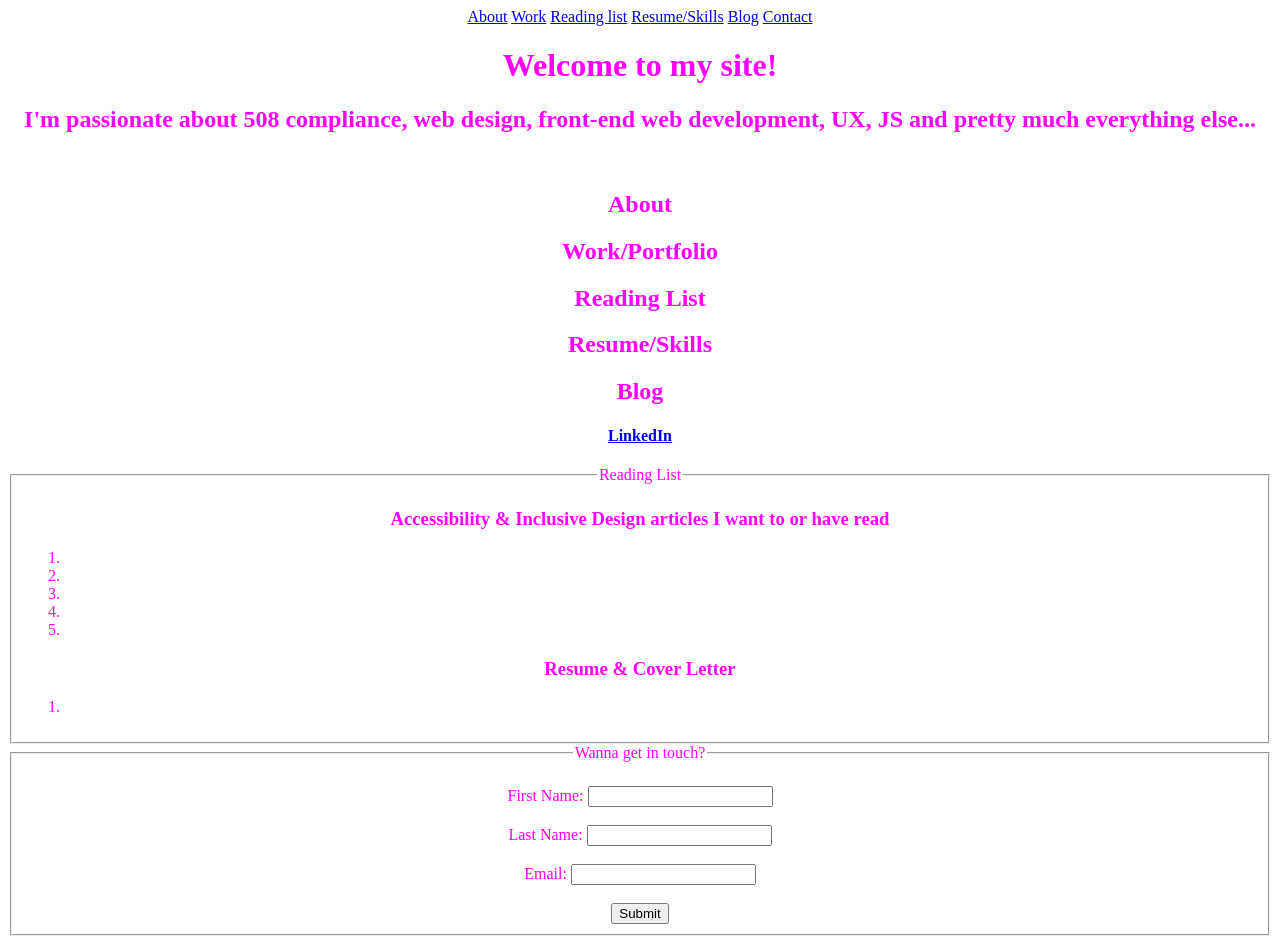
Repository: jasvr/jasvr.io
Page: index.html
The author's editor kept a copy of each file at every save. The page is drawn from the files as they stood at one save, then again after a run of saves.
The browser window is 1280 px wide. The pictures show the whole page.

Above is the page before, as saved 2020-01-20 13:43:23.

After the next 3 saves:
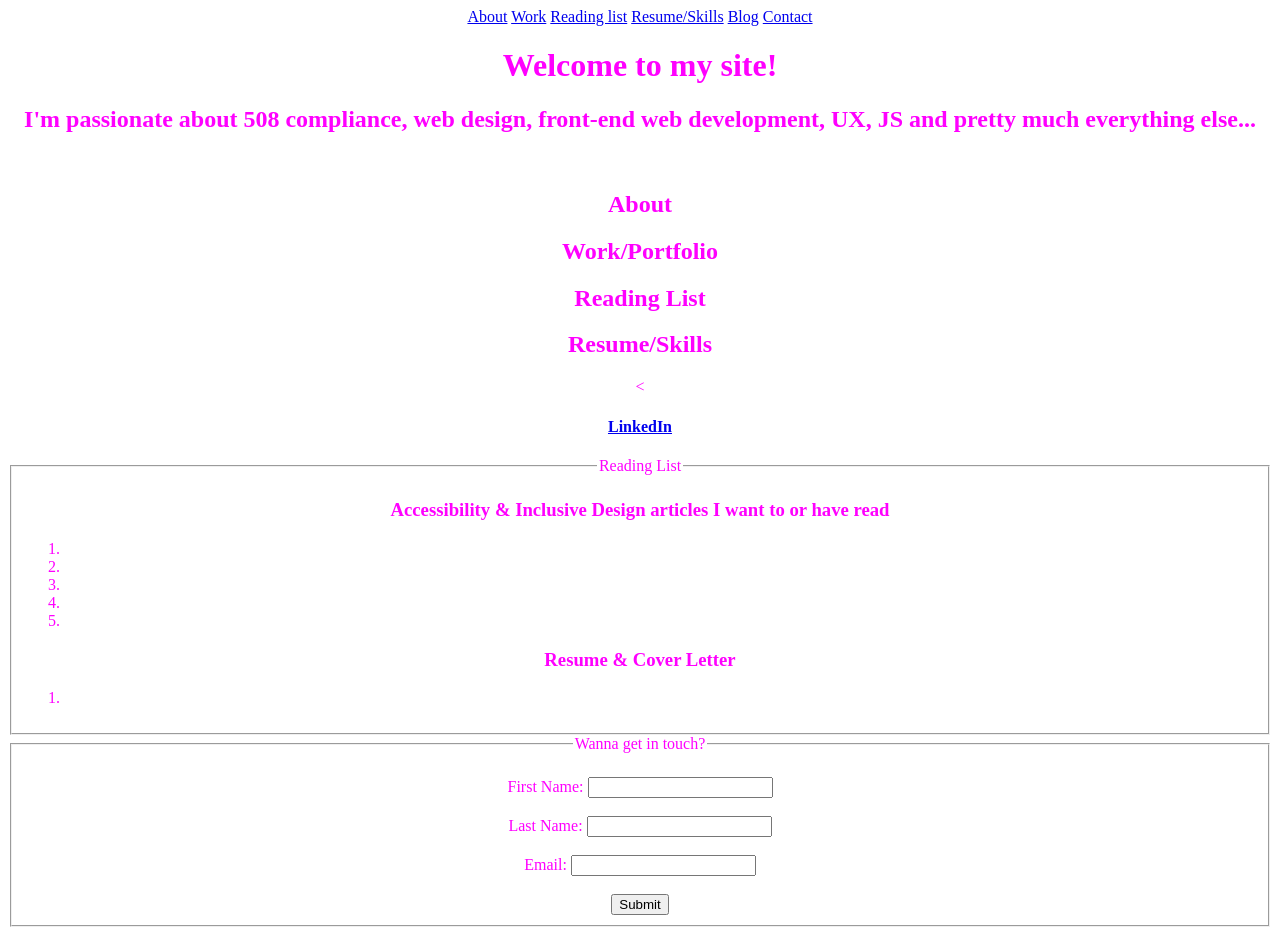
The 3 saves are shown as one change because they came seconds apart.
The last was saved 11 s later.
--- a/index.html
+++ b/index.html
@@ -23,7 +23,8 @@
     <h2>Work/Portfolio</h2>
     <h2>Reading List</h2>
     <h2>Resume/Skills</h2>
-    <h2>Blog</h2>
+    <!-- <h2>Blog</h2> -->
+    <
 
 
     <h4><a href="https://www.linkedin.com/in/jasvrgs/">LinkedIn</a></h4>

After the 2 saves that followed:
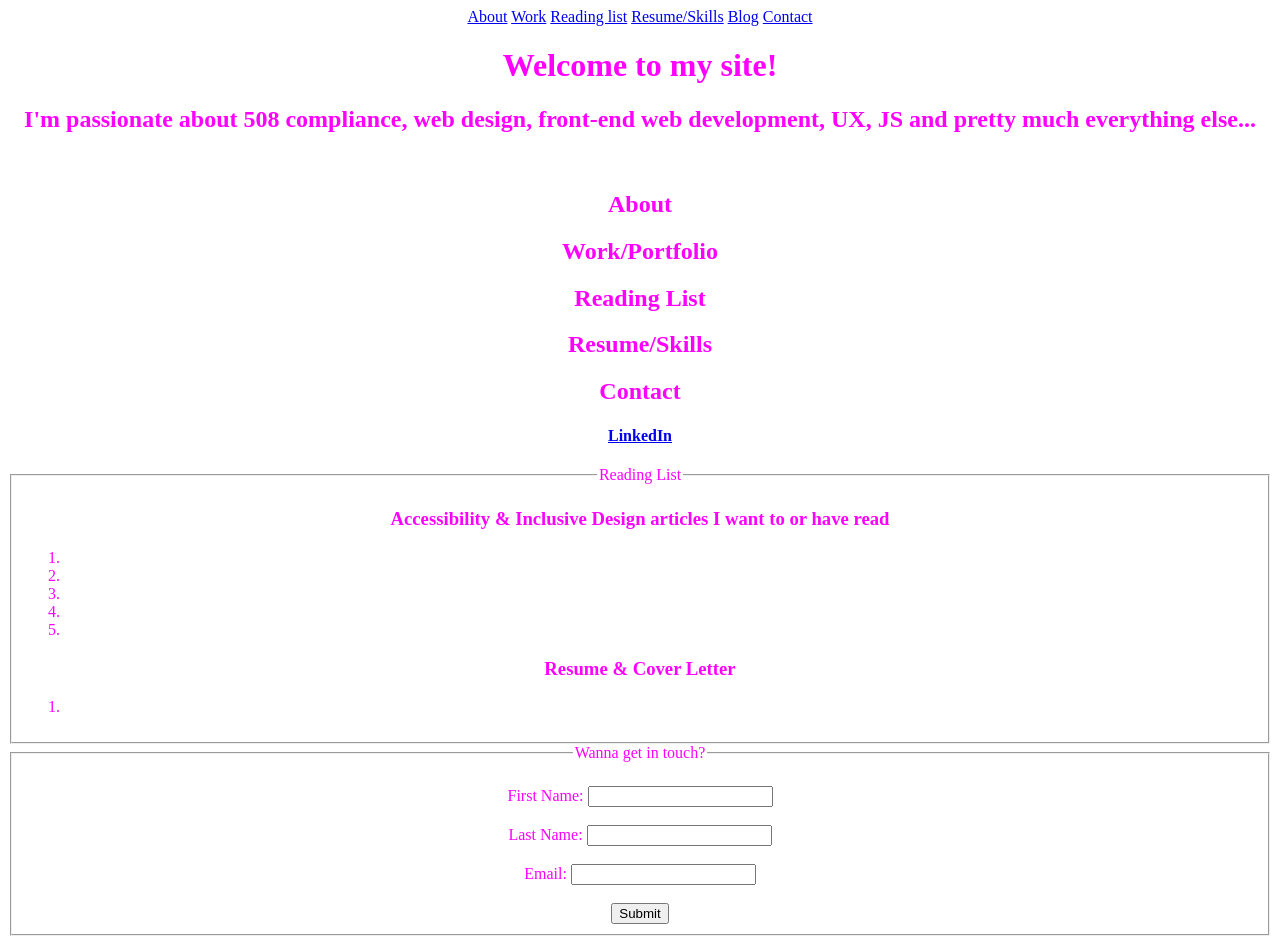
The 2 saves are shown as one change because they came seconds apart.
The last was saved 9 s later.
--- a/index.html
+++ b/index.html
@@ -24,7 +24,7 @@
     <h2>Reading List</h2>
     <h2>Resume/Skills</h2>
     <!-- <h2>Blog</h2> -->
-    <
+    <h2>Contact</h2>
 
 
     <h4><a href="https://www.linkedin.com/in/jasvrgs/">LinkedIn</a></h4>
